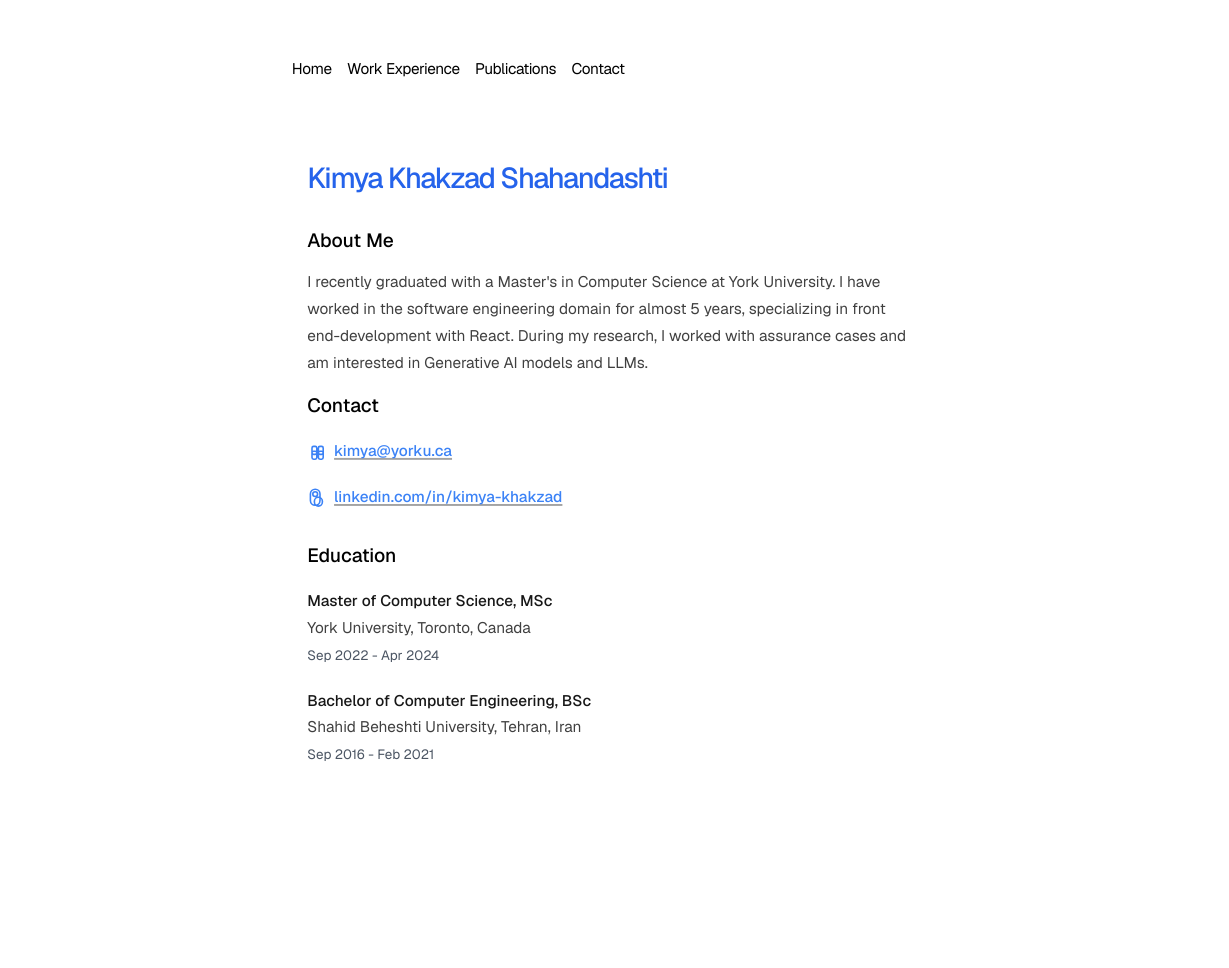
Repository: kimixz/kimixz.github.io
Page: /
An editor plug-in stored every save of this project. The page is shown before and after the next save, followed by the edit.
The browser window is 1280 px wide. The pictures show the whole page, at 96% of full size.
The project was rebuilt for these pictures with package versions that can differ from the ones it lists, and the page was loaded fresh each time. Some packages were replaced by stand-ins written for this rebuild. The framework's server and built-in components were replaced by stand-ins that run in the browser. Also part of the build but not shown: next.config.mjs, app/blog/[slug]/sandpack.tsx.

Above is the page before, as saved 2024-07-28 18:56:01.

After the next save:
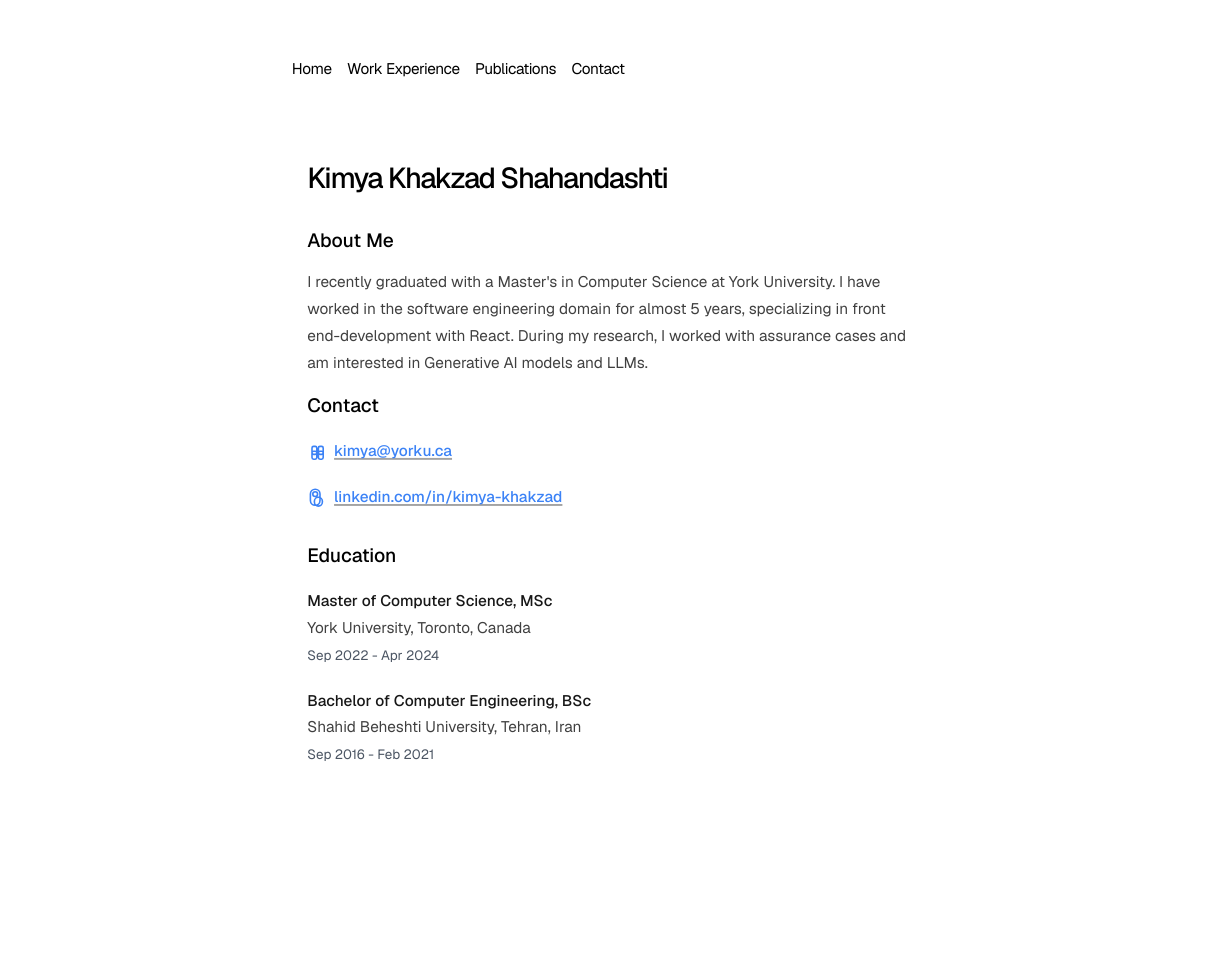
Saved 6 s later.
--- a/app/page.tsx
+++ b/app/page.tsx
@@ -1,7 +1,7 @@
 export default function Page() {
   return (
     <section className="max-w-3xl mx-auto p-4">
-      <h1 className="font-medium text-3xl mb-8 tracking-tighter  text-blue-600 dark:text-blue-400">Kimya Khakzad Shahandashti</h1>
+      <h1 className="font-medium text-3xl mb-8 tracking-tighter">Kimya Khakzad Shahandashti</h1>
 
       <section className="mb-8">
         <h2 className="font-medium text-xl mb-4">About Me</h2>
